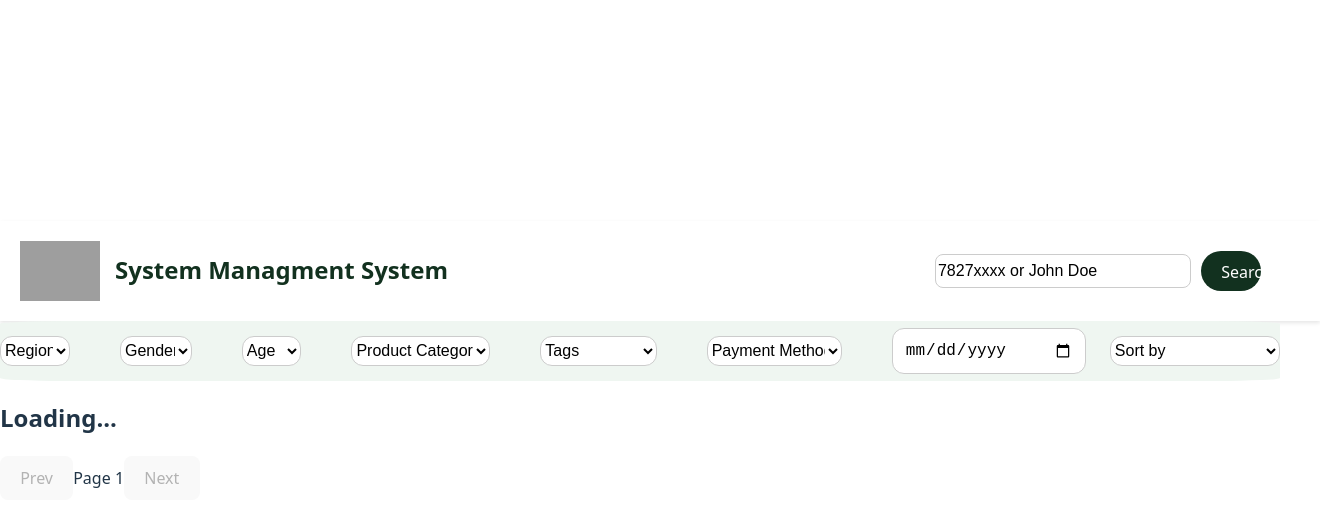
Repository: SandeepYadav18717/TruEstae
Page: / (app in TruEstae/)
These files come from the project's save history. The page is drawn as it stood at one moment and after the next save; the edit follows.
The browser window is 1280 px wide. The page is 1320 px wide, so the pictures cover 1320 px, including what lies to the right of the window. The pictures show the whole page.
Pictures or frames that could not be fetched are drawn as grey boxes. The page's requests for data from a server got no answer. The project was rebuilt for these pictures with package versions that can differ from the ones it lists, and the page was loaded fresh each time. No one was signed in, and anything a server would have sent is missing. Also part of the build but not shown: TruEstae/vite.config.js, TruEstae/src/App.css, TruEstae/src/Styles/Table.css.

Above is the page before, as saved 2025-12-09 07:33:51.

### TruEstae/index.html
<!doctype html>
<html lang="en">
  <head>
    <meta charset="UTF-8" />
    <link rel="icon" type="image/svg+xml" href="/vite.svg" />
    <meta name="viewport" content="width=device-width, initial-scale=1.0" />
    <title>javascript</title>
  </head>
  <body>
    <div id="root"></div>
    <script type="module" src="/src/main.jsx"></script>
  </body>
</html>

### TruEstae/src/App.jsx
import './App.css'

import Home from './Pages/Home.jsx'

function App() {
  return (
    <>


     <Home />
    </>
  )
}

export default App

### TruEstae/src/Pages/Home.jsx
import { useState, useEffect } from "react";
import Logo from "./Logo.jsx";
import SearchBar from "../components/search_bar.jsx";
import "../Styles/Home.css";
import Table from "./Table.jsx";

function Home() {
  const [filters, setFilters] = useState({
    region: "",
    gender: "",
    age: "",
    category: "",
    tags: "",
    payment: "",
    date: "",
    sortBy: "",
    page: 1,
    limit: 10,
  });

  const [data, setData] = useState([]);
  const [loading, setLoading] = useState(false);

  function Page(e) {
    const { id, value } = e.target;
    setFilters((prev) => ({ ...prev, [id]: value, page: 1 })); // reset to page 1
  }

  useEffect(() => {
    async function fetchData() {
      setLoading(true);

      const res = await fetch("http://localhost:5000/get-data", {
        method: "POST",
        headers: { "Content-Type": "application/json" },
        body: JSON.stringify(filters),
      });

      const result = await res.json();
      setData(result);

      setLoading(false);
    }

    fetchData();
  }, [filters]);

  return (
    <>
      <div className="topBar">
        <Logo />
        <SearchBar />
      </div>

      <div className="Container_Ui">
        <div id="Customer_Region">
          <select id="region" onChange={Page}>
            <option hidden>Region</option>
            <option>Central</option>
            <option>North</option>
            <option>South</option>
            <option>East</option>
            <option>West</option>
          </select>
        </div>

        <div id="Gender">
          <select id="gender" onChange={Page}>
            <option hidden>Gender</option>
            <option>Male</option>
            <option>Female</option>
          </select>
        </div>

        <div id="Age">
          <select id="age" onChange={Page}>
            <option hidden>Age</option>
            <option>18-25</option>
            <option>26-35</option>
            <option>36-50</option>
            <option>50+</option>
          </select>
        </div>

        <div id="Product_Category">
          <select id="category" onChange={Page}>
            <option hidden>Product Category</option>
            <option>Beauty</option>
            <option>Electronic</option>
            <option>Clothing</option>
          </select>
        </div>

        <div id="Tags">
          <select id="tags" onChange={Page}>
            <option hidden>Tags</option>

            <option>skincare</option>
            <option>beauty</option>
            <option>fashion</option>
            <option>organic</option>
            <option>fragrance-free</option>
            <option>portable</option>
            <option>smart</option>
            <option>gadgets</option>
            <option>makeup</option>
            <option>accessories</option>
            <option>cotton</option>
            <option>unisex</option>
            <option>formal</option>
          </select>
        </div>

        <div id="Payment_Method">
          <select id="payment" onChange={Page}>
            <option hidden>Payment Method</option>
            <option>Wallet</option>
            <option>Cash</option>
            <option>Card</option>
            <option>UPI</option>
            <option>Net Banking</option>
          </select>
        </div>

        <div id="Date">
          <input id="date" type="date" onChange={Page} />
        </div>

        <div id="SortBy">
          <select id="sortBy" onChange={Page}>
            <option hidden>Sort by</option>
            <option value="name-asc">Customer Name (A-Z)</option>
            <option value="name-desc">Customer Name (Z-A)</option>
            <option value="newest">Newest First</option>
            <option value="oldest">Oldest First</option>
          </select>
        </div>
      </div>

      {/*here is the loader if loading is true no data show  */}
      {loading && <h2>Loading...</h2>}

      {/* using props to get the table when loader is not true */}
      {!loading && <Table data={data} />}

      {/* PAGINATION BUTTONS */}
      <div>
        <button
          disabled={filters.page === 1}
          onClick={() =>
            setFilters((prev) => ({ ...prev, page: prev.page - 1 }))
          }
        >
          Prev
        </button>

        <span>Page {filters.page}</span>

        <button
          disabled={data.length < filters.limit}
          onClick={() =>
            setFilters((prev) => ({ ...prev, page: prev.page + 1 }))
          }
        >
          Next
        </button>
      </div>
    </>
  );
}

export default Home;

### TruEstae/src/Pages/Logo.jsx
import '../Styles/Logo.css';
function Logo() {
  return (
    <>
      <div className="App">
        <div id="container_home">
         <img src="https://truestate.in/assets/shared/images/trustate-logo-text.svg" />
          <h1>System Managment System</h1>
      </div>
    </div>
    </>
  );
}

export default Logo;

### TruEstae/src/components/search_bar.jsx
import { useState } from 'react';
import '../Styles/search_bar.css';

function InputBar({ onSearch }) {
  const [query, setQuery] = useState("7827xxxx or John Doe");

  return (
    <div className="search_bar">
      <input
        type="text"
        placeholder="name or phone number"
        value={query}
        onChange={(e) => setQuery(e.target.value)}
      />
      <button type="submit" onClick={() => onSearch(query)}>
        Search
      </button>
    </div>
  );
}

export default InputBar;

### TruEstae/src/Styles/Home.css
.Container_Ui {
  display: flex;
  gap:50px;
  flex-direction: row;
  align-items: center;
  justify-content: center;
  height: 100vh;
  background-color: #eff6f1;
  height:60px;
  width: 100%;
  border-radius: 5%;
}


select {
  width: 100%;
  height: 30px;
  border-radius: 12px;
  border: 1px solid #ccc;
  background: #fff;
  font-size: 16px;
  outline: none;
  cursor: pointer;
  transition: 0.2s;
}


select:hover {
  border-color: #063906;
  box-shadow: 0 4px 8px rgba(149, 190, 136, 0.899);
}


input[type="date"] {
  width: 100%;
  padding: 12px;
  border-radius: 12px;
  border: 1px solid #ccc;
  background: #fff;
  font-size: 16px;
  outline: none;
  transition: 0.2s;
}


input[type="date"]:hover {
  border-color: #4a6cf7;
  box-shadow: 0 0 8px rgba(74, 108, 247, 0.2);
}

.topBar {
  display: flex;
  align-items: center;
  justify-content: space-between;
  padding: 10px 20px;
  width: 100%;
gap: 35%;
  box-shadow: 0 2px 4px rgba(0, 0, 0, 0.1);
}

### TruEstae/src/Pages/Table.jsx
import "../Styles/Table.css";

function Table({ data }) {
  return (
    <div className="table">
      <table>
        <thead>
          <tr>
            <th>Transaction ID</th>
            <th>Date</th>
            <th>Customer ID</th>
            <th>Customer Name</th>
            <th>Phone Number</th>
            <th>Gender</th>
            <th>Age</th>
            <th>Customer Region</th>
            <th>Customer Type</th>
            <th>Product ID</th>
            <th>Product Name</th>
            <th>Brand</th>
            <th>Product Category</th>
            <th>Tags</th>
            <th>Quantity</th>
            <th>Price per Unit</th>
            <th>Discount Percentage</th>
            <th>Total Amount</th>
            <th>Final Amount</th>
            <th>Payment Method</th>
            <th>Order Status</th>
            <th>Delivery Type</th>
            <th>Store ID</th>
            <th>Store Location</th>
            <th>Salesperson ID</th>
            <th>Employee Name</th>
          </tr>
        </thead>

        <tbody>
          {data.map((row, index) => (
            <tr key={index}>
              <td>{row["Transaction ID"]}</td>
              <td>{row["Date"]}</td>
              <td>{row["Customer ID"]}</td>
              <td>{row["Customer Name"]}</td>
              <td>{row["Phone Number"]}</td>
              <td>{row["Gender"]}</td>
              <td>{row["Age"]}</td>
              <td>{row["Customer Region"]}</td>
              <td>{row["Customer Type"]}</td>
              <td>{row["Product ID"]}</td>
              <td>{row["Product Name"]}</td>
              <td>{row["Brand"]}</td>
              <td>{row["Product Category"]}</td>
              <td>{row["Tags"]}</td>
              <td>{row["Quantity"]}</td>
              <td>{row["Price per Unit"]}</td>
              <td>{row["Discount Percentage"]}</td>
              <td>{row["Total Amount"]}</td>
              <td>{row["Final Amount"]}</td>
              <td>{row["Payment Method"]}</td>
              <td>{row["Order Status"]}</td>
              <td>{row["Delivery Type"]}</td>
              <td>{row["Store ID"]}</td>
              <td>{row["Store Location"]}</td>
              <td>{row["Salesperson ID"]}</td>
              <td>{row["Employee Name"]}</td>
            </tr>
          ))}
        </tbody>
      </table>
    </div>
  );
}

export default Table;

### TruEstae/src/Styles/Logo.css
#container_home {
  display: flex;
}
#container_home img {
  height: 60px;
  margin-right: 15px;
}
#container_home h1 {
  font-size: 24px;
  color: #12311f;
  align-self: center;
}

### TruEstae/src/Styles/search_bar.css
.search_bar {
    display: flex;
    align-items: center;
    gap: 10px;
    border-radius: 12px;
    max-width: 450px;
    margin: 20px auto;
    transition: transform 0.25s ease, box-shadow 0.25s ease;
}

.search_bar:hover {
    transform: translateY(-10px) scale(1.03);

}

.search_bar input {
    height: 30px;
    width: 250px;
    border: 1px solid #ccc;
    border-radius: 8px;
    font-size: 16px;


}

.search_bar input:hover {
    border-color: #12311f;
    box-shadow: 0 15px 12px #b4d8c3;
}

.search_bar button {
    height: 40px;
    width: 60px;
    border-radius: 25px;
    background: #12311f;
    color: white;
    font-size: 16px;
    cursor: pointer;
    transition: 0.2s;
}

.search_bar button:hover {
    background: #12311f;
    box-shadow: 0 15px 12px #b4d8c3;

}

Loaded but not shown: TruEstae/src/main.jsx (common file); TruEstae/src/index.css (common file)

After the next save:
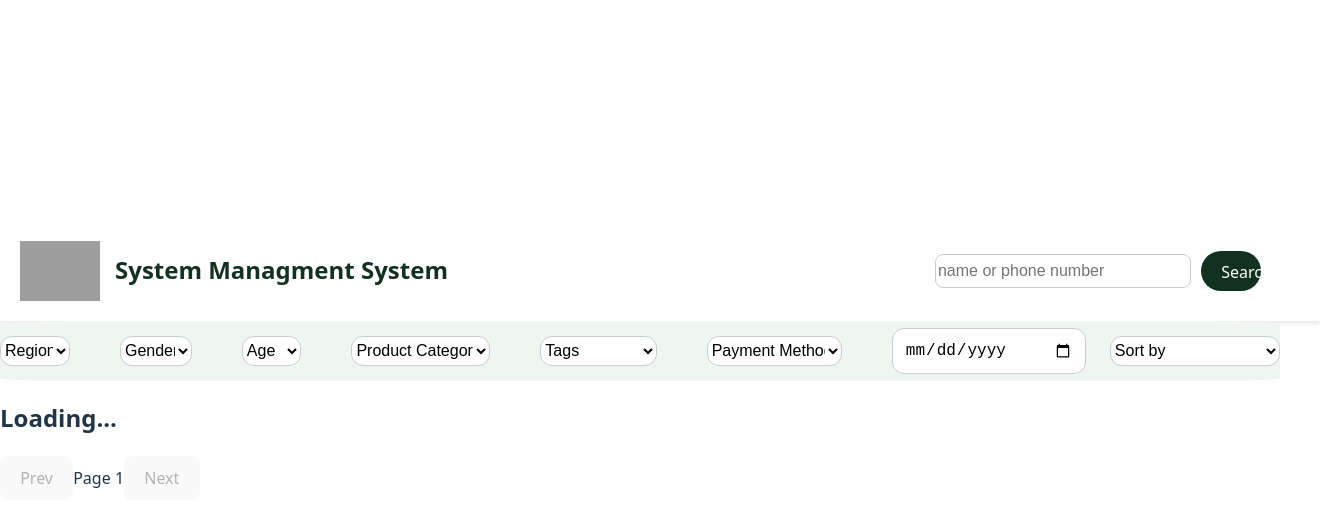
Saved 39 min 39 s later.
--- a/TruEstae/src/components/search_bar.jsx
+++ b/TruEstae/src/components/search_bar.jsx
@@ -2,7 +2,7 @@ import { useState } from 'react';
 import '../Styles/search_bar.css';
 
 function InputBar({ onSearch }) {
-  const [query, setQuery] = useState("7827xxxx or John Doe");
+  const [query, setQuery] = useState("");
 
   return (
     <div className="search_bar">
